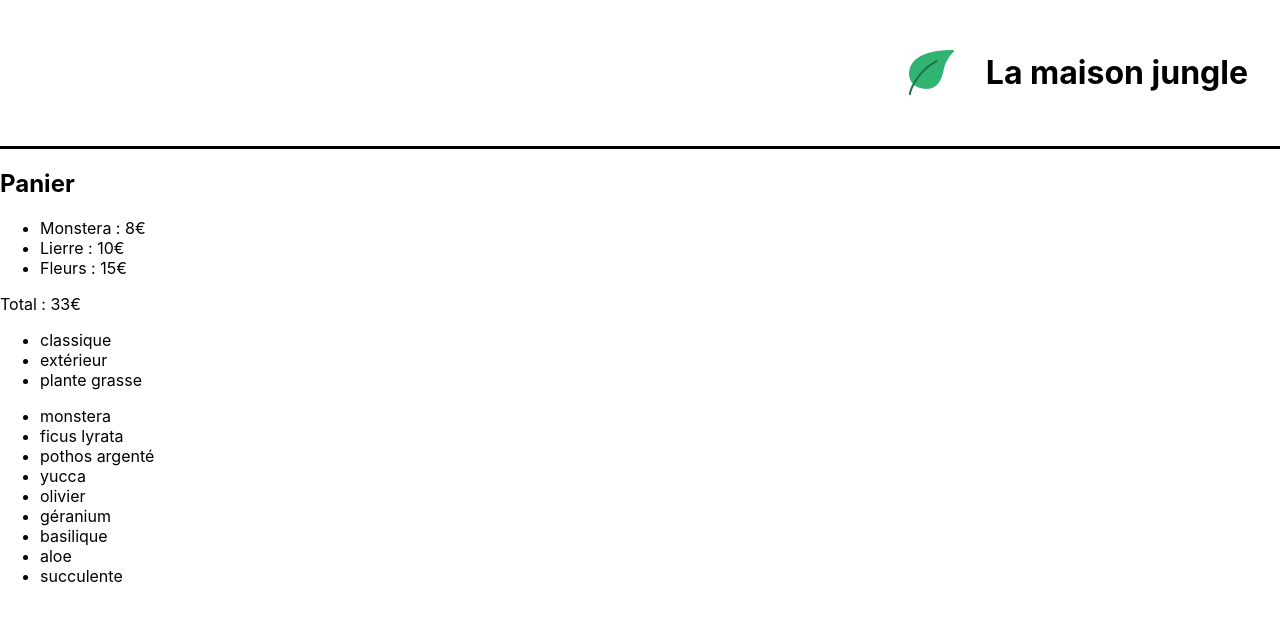
Repository: massndongo/la-maison-junglee
Page: /
An editor plug-in stored every save of this project. The page is shown before and after a run of saves, followed by the edit.
The browser window is 1280 px wide. The pictures show the whole page.
The project was rebuilt for these pictures with package versions that can differ from the ones it lists, and the page was loaded fresh each time.

Above is the page before, as saved 2023-03-23 17:34:14.

### src/components/App.js
import Banner from './Banner'
import Cart from './Cart'
import ShoppingList from './ShoppingList'

function App() {
    return <div><Banner /><Cart /><ShoppingList /></div>
}

export default App

### src/components/Banner.js
import logo from '../assets/logo.png'
import '../styles/Banner.css'

function Banner() {
    const title = 'La maison jungle'
    return (
        <div className='lmj-banner'>
            <img src={logo} alt='La maison jungle' className='lmj-logo' />
            <h1 className='lmj-title'>{title}</h1>
        </div>
    )
}

export default Banner

### src/components/Cart.js
function Cart() {
    const monsteraPrice = 8
    const ivyPrice = 10
    const flowerPrice = 15
    return (<div>
        <h2>Panier</h2>
        <ul>
        <li>Monstera : {monsteraPrice}€</li>
         <li>Lierre : {ivyPrice}€</li>
         <li>Fleurs : {flowerPrice}€</li>
        </ul>
          Total : {monsteraPrice + ivyPrice + flowerPrice }€
          </div>)
    }

export default Cart

### src/components/ShoppingList.js
import { plantList } from '../datas/plantList'
import '../styles/ShoppingList.css'

function ShoppingList() {
	const categories = plantList.reduce(
		(acc, plant) =>
			acc.includes(plant.category) ? acc : acc.concat(plant.category),
		[]
	)

	return (
		<div>
			<ul>
				{categories.map((cat) => (
					<li key={cat}>{cat}</li>
				))}
			</ul>
			<ul>
				{plantList.map((plant) => (
					<li key={plant.id}>{plant.name} {plant.isBestSale && <span>🔥</span> && plant.isSpecialOffer && <div className='lmj-sales'>Soldes</div>}</li>
				))}
			</ul>
		</div>
	)
}

export default ShoppingList

Loaded but not shown: public/index.html (common file); src/index.js (common file); src/styles/index.css (common file); src/reportWebVitals.js (common file); src/styles/Banner.css (common file); src/datas/plantList.js (common file); src/styles/ShoppingList.css (common file)

After the next 2 saves:
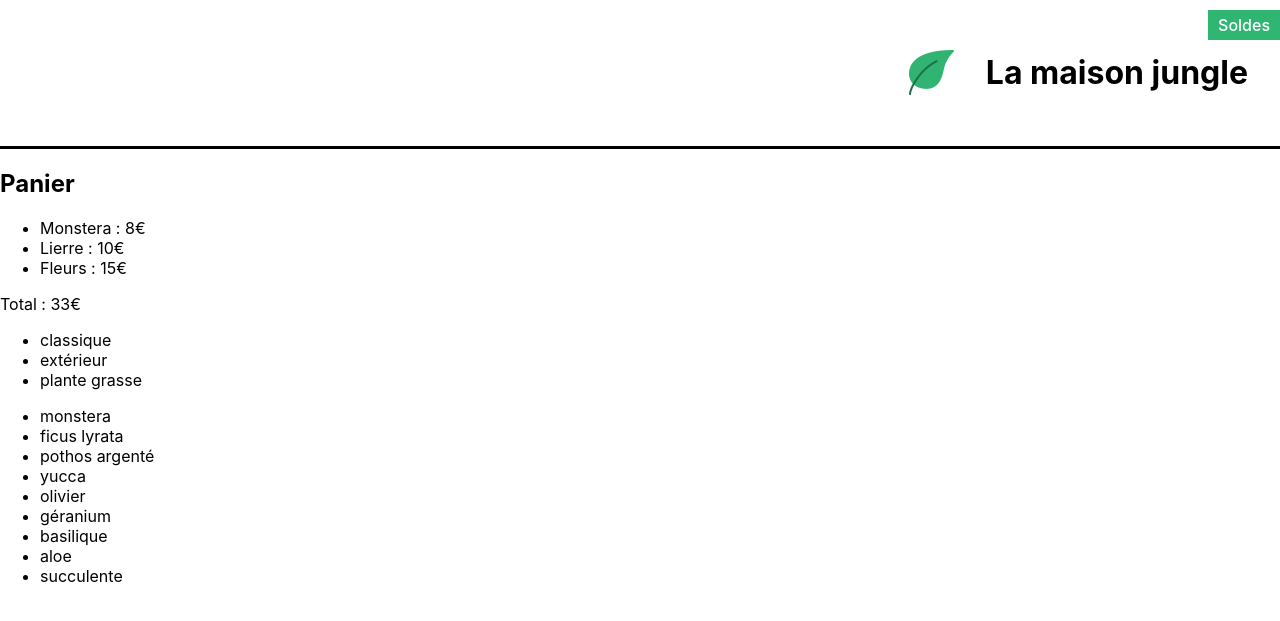
The 2 saves are shown as one change because they came seconds apart.
The last was saved 31 s later.
--- a/src/components/ShoppingList.js
+++ b/src/components/ShoppingList.js
@@ -17,7 +17,7 @@ function ShoppingList() {
 			</ul>
 			<ul>
 				{plantList.map((plant) => (
-					<li key={plant.id}>{plant.name} {plant.isBestSale && <span>🔥</span> && plant.isSpecialOffer && <div className='lmj-sales'>Soldes</div>}</li>
+					<li key={plant.id}>{plant.name} {plant.isSpecialOffer && <div className='lmj-sales'>Soldes</div>}</li>
 				))}
 			</ul>
 		</div>
